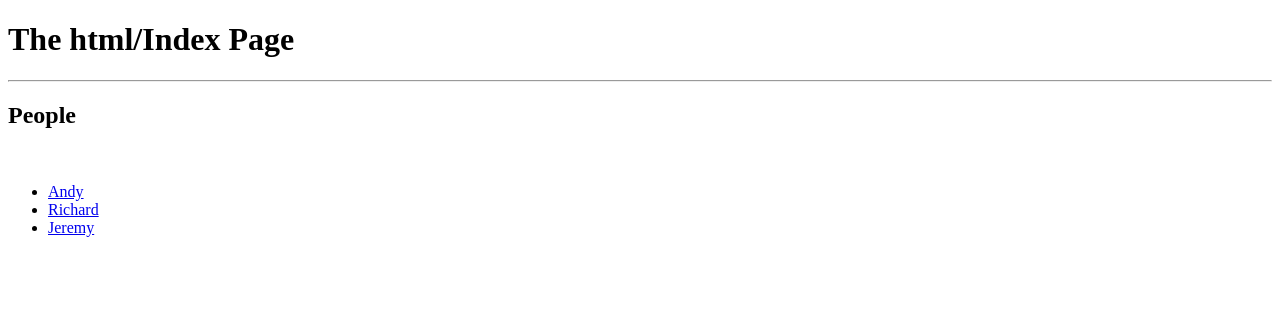
Repository: hohoTT/Ajax_summarize
Page: AjaxHelloDemo/WebContent/html/index.html
The author's editor kept a copy of each file at every save. The page is drawn from the files as they stood at one save, then again after the next save.
The browser window is 1280 px wide. The pictures show the whole page.
After loading, the first visible `a` was clicked once.

Above is the page before, as saved 2016-04-13 02:41:18.

### AjaxHelloDemo/WebContent/html/index.html
<!DOCTYPE html>
<html>
<head>
<meta charset="UTF-8">
<title>The html/Index Page</title>

<script type="text/javascript">

	window.onload = function(){

		var aNodes = document.getElementsByTagName("a");

		for(var i = 0; i < aNodes.length; i++){
			aNodes[i].onclick = function(){

				var request = new XMLHttpRequest();

				var method = "GET";
				var url = this.href;

				request.open(method, url);
				request.send(null);

				request.onreadystatechange = function(){

					if(request.readyState == 4){
						if(request.status == 200 || request.status == 304){

						}
					}

				}

				return false;
			}
		}

	}

</script>

</head>
<body>

	<h1>The html/Index Page</h1><hr/>

	<h2>People</h2><br>

	<ul>

		<li>
			<a href="files/andy.html">Andy</a>
		</li>

		<li>
			<a href="files/richard.html">Richard</a>
		</li>

		<li>
			<a href="files/jeremy.html">Jeremy</a>
		</li>

	</ul>

	<div id="details"></div>

</body>
</html>

### AjaxHelloDemo/WebContent/html/files/andy.html
<!DOCTYPE html>
<html>
<head>
<meta charset="UTF-8">
<title>Insert title here</title>
</head>
<body>

	<h1>Andy Page</h1>

</body>
</html>

After the next save:
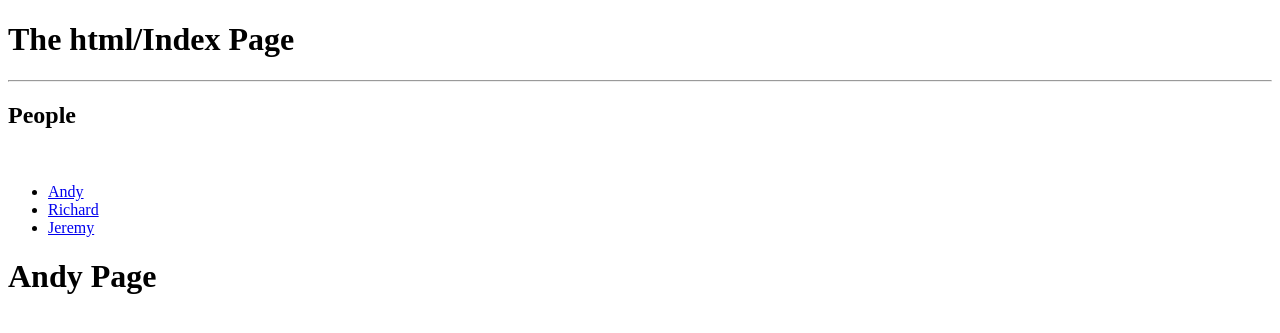
Saved 88 s later.
--- a/AjaxHelloDemo/WebContent/html/index.html
+++ b/AjaxHelloDemo/WebContent/html/index.html
@@ -25,7 +25,7 @@
 
 					if(request.readyState == 4){
 						if(request.status == 200 || request.status == 304){
-
+							document.getElementById("details").innerHTML = request.responseText;
 						}
 					}
 
